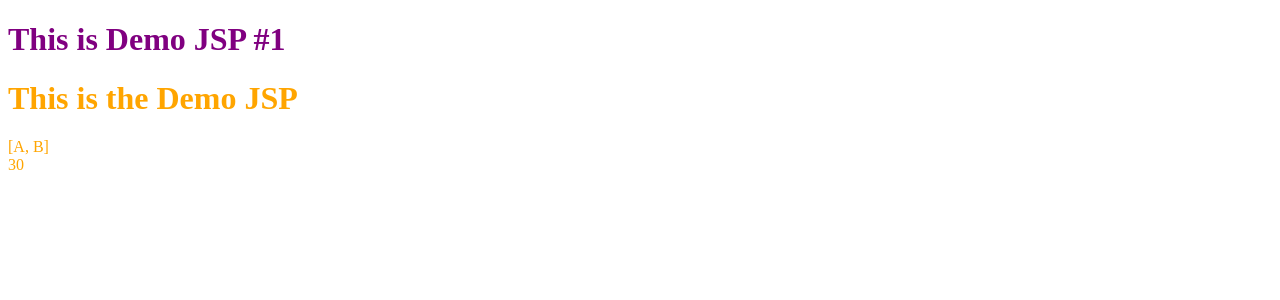
Repository: dannytayade1495/WEJM3
Page: http://localhost/servlets/TagDemo.jsp
These files come from the project's save history. The page is drawn as it stood at one moment and after the next save; the edit follows.
The browser window is 1280 px wide. The pictures show the whole page.
The page is served by Tomcat 9. Other server files are loaded and not shown.

Above is the page before, as saved 2022-06-01 08:15:56.

### servlets/src/main/webapp/TagDemo.jsp
<%@page import="java.util.ArrayList"%>
<%@page import="java.util.List"%>
<jsp:include page="DemoJsp1.jsp"/>
<%@ page language="java" contentType="text/html; charset=ISO-8859-1"
	pageEncoding="ISO-8859-1"%>
<%-- <%!String url = "https://www.google.co.in";%>
<%
response.sendRedirect(url);
%> --%>
<!DOCTYPE html>
<html>
<head>
<meta charset="ISO-8859-1">
<title>Tags Demo</title>
</head>
<body style="color: orange;">
	<h1>This is the Demo JSP</h1>
	<%!List<String> list = new ArrayList<String>();%>
	<%
	list.add("A");
	list.add("B");
	%>
	<%=list%>
	<br>
	<%!static int a, b, c;%>
	<%!public static void sum() {
		a = 10;
		b = 20;
		c = a + b;
	}%>
	<%
	sum();
	%>
	<%=c%>
</body>
</html>

### servlets/src/main/webapp/DemoJsp1.jsp
<%@ page language="java" contentType="text/html; charset=ISO-8859-1"
	pageEncoding="ISO-8859-1"%>
<!DOCTYPE html>
<html>
<head>
<meta charset="ISO-8859-1">
<title>Insert title here</title>
</head>
<body>
	<h1 style="color: purple;">
	This is Demo JSP #1</h1>
</body>
</html>

After the next save:
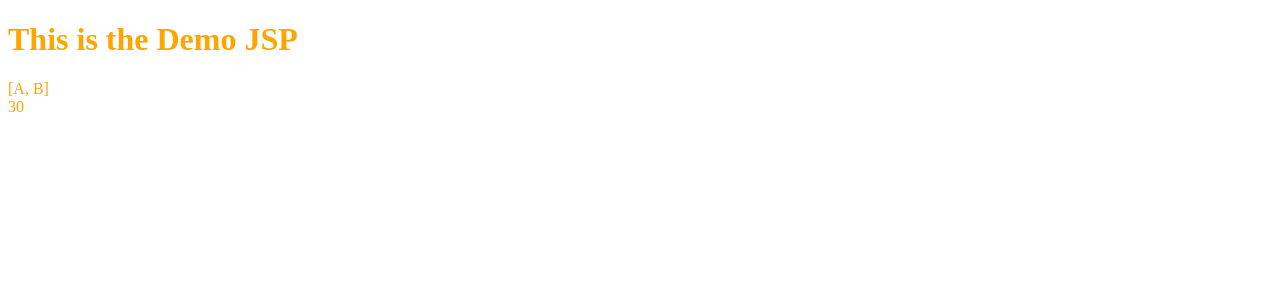
Saved 115 s later.
--- a/servlets/src/main/webapp/TagDemo.jsp
+++ b/servlets/src/main/webapp/TagDemo.jsp
@@ -1,6 +1,6 @@
 <%@page import="java.util.ArrayList"%>
 <%@page import="java.util.List"%>
-<jsp:include page="DemoJsp1.jsp"/>
+<%-- <jsp:include page="DemoJsp1.jsp"/> --%>
 <%@ page language="java" contentType="text/html; charset=ISO-8859-1"
 	pageEncoding="ISO-8859-1"%>
 <%-- <%!String url = "https://www.google.co.in";%>

After the save that followed:
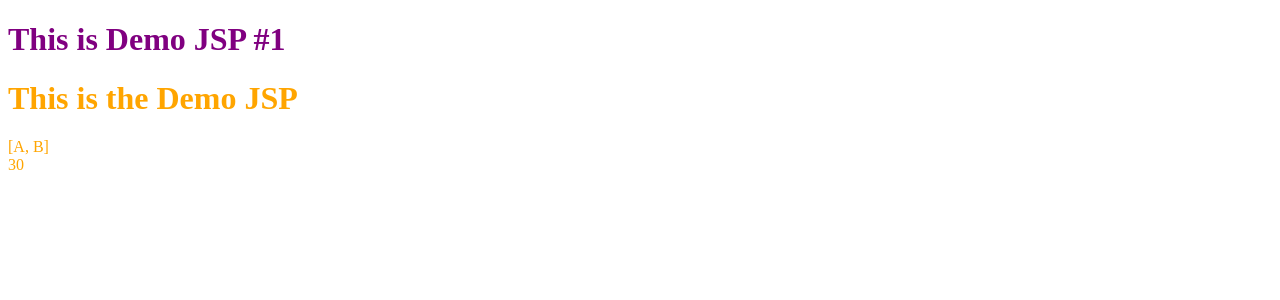
Saved 28 s later.
--- a/servlets/src/main/webapp/TagDemo.jsp
+++ b/servlets/src/main/webapp/TagDemo.jsp
@@ -1,6 +1,6 @@
 <%@page import="java.util.ArrayList"%>
 <%@page import="java.util.List"%>
-<%-- <jsp:include page="DemoJsp1.jsp"/> --%>
+<jsp:include page="DemoJsp1.jsp"/>
 <%@ page language="java" contentType="text/html; charset=ISO-8859-1"
 	pageEncoding="ISO-8859-1"%>
 <%-- <%!String url = "https://www.google.co.in";%>
